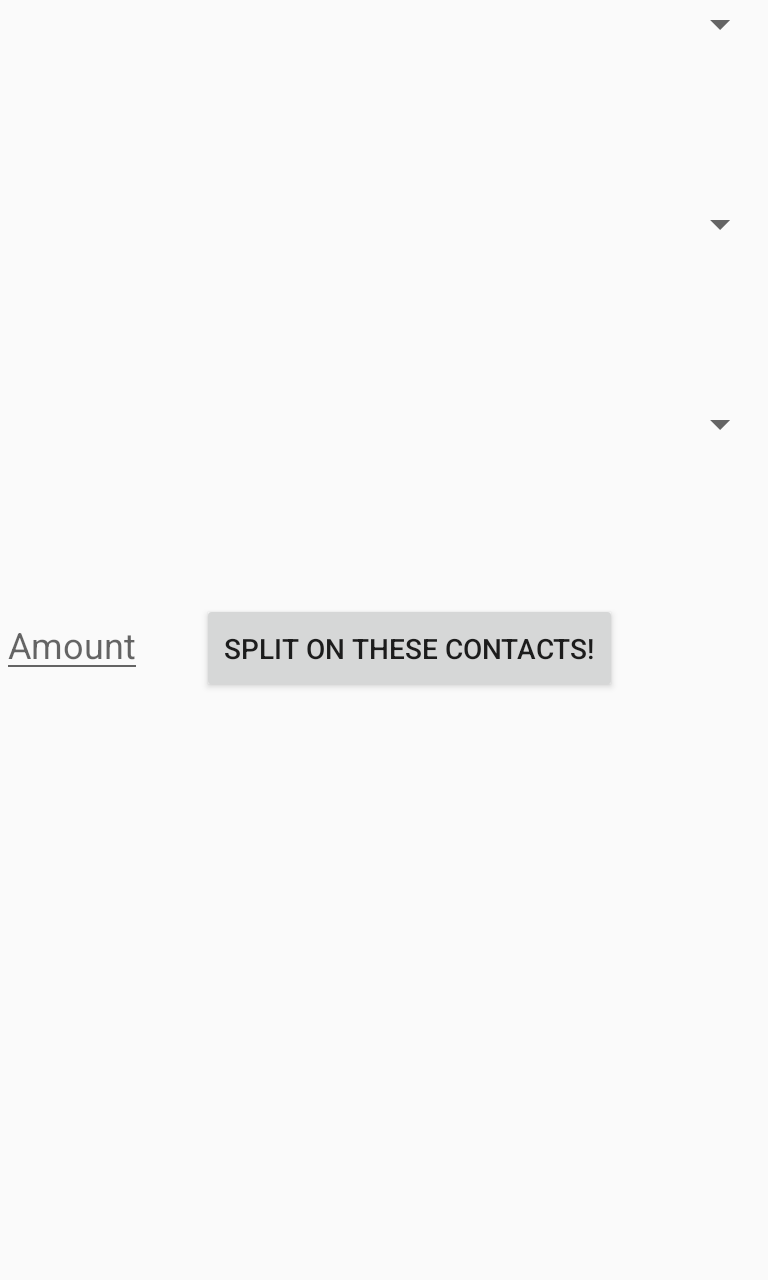
Repository: wisingd/Dajoroli
Layout: Workspace/SplitIt/res/layout/activity_split_adebt.xml
The author's editor kept a copy of each file at every save. The layout is drawn from the files as they stood at one save, then again after the next save.
It is drawn on a 768 x 1280 px phone screen (xhdpi) without system bars, with theme AppTheme; the app's code is not run.

Above is the layout before, as saved 2014-05-16 12:38:47.

After the next save:
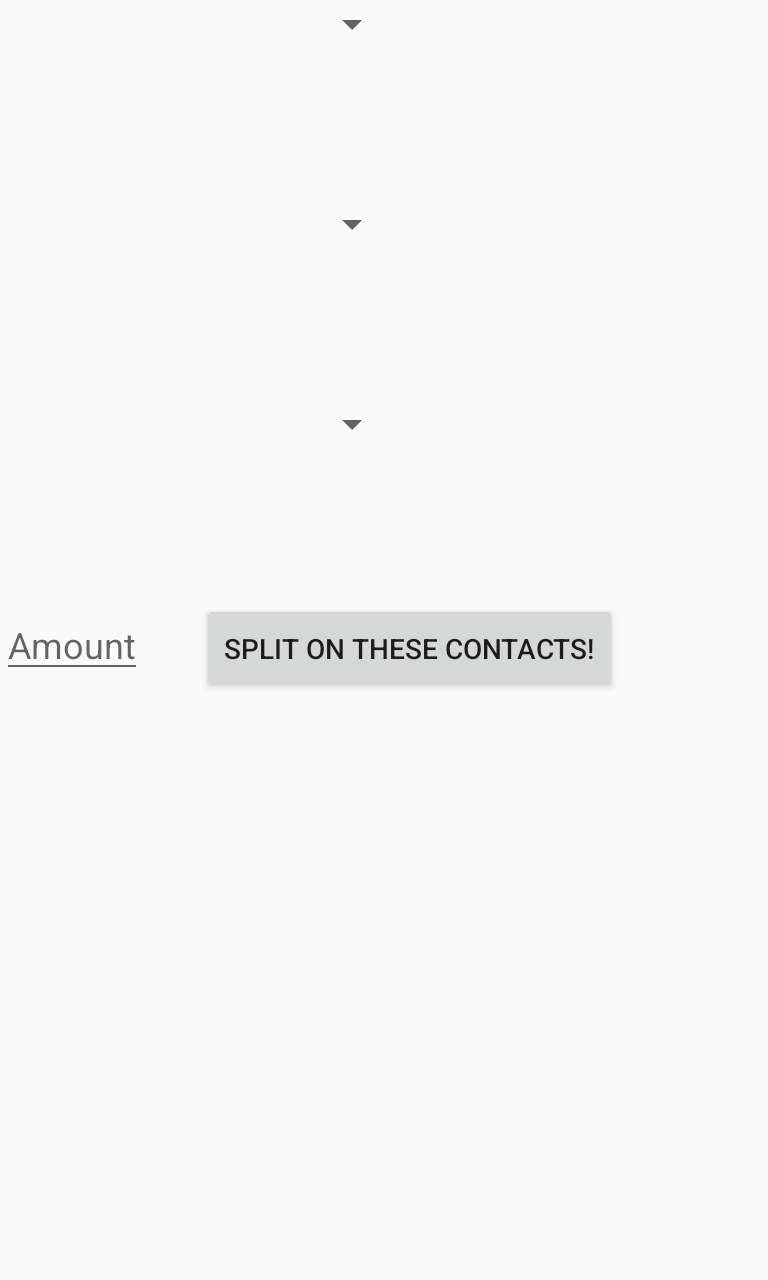
Saved 3 min 4 s later.
--- a/Workspace/SplitIt/res/layout/activity_split_adebt.xml
+++ b/Workspace/SplitIt/res/layout/activity_split_adebt.xml
@@ -8,18 +8,18 @@
 
     <Spinner
         android:id="@+id/spinner1"
-        android:layout_width="match_parent"
+        android:layout_width="200dp"
         android:layout_height="wrap_content" />
 
     <Spinner
         android:id="@+id/spinner2"
-        android:layout_width="match_parent"
+        android:layout_width="200dp"
         android:layout_height="wrap_content"
         android:layout_marginTop="100dp" />
 
     <Spinner
         android:id="@+id/spinner3"
-        android:layout_width="match_parent"
+        android:layout_width="200dp"
         android:layout_height="wrap_content"
         android:layout_marginTop="200dp" />
 
